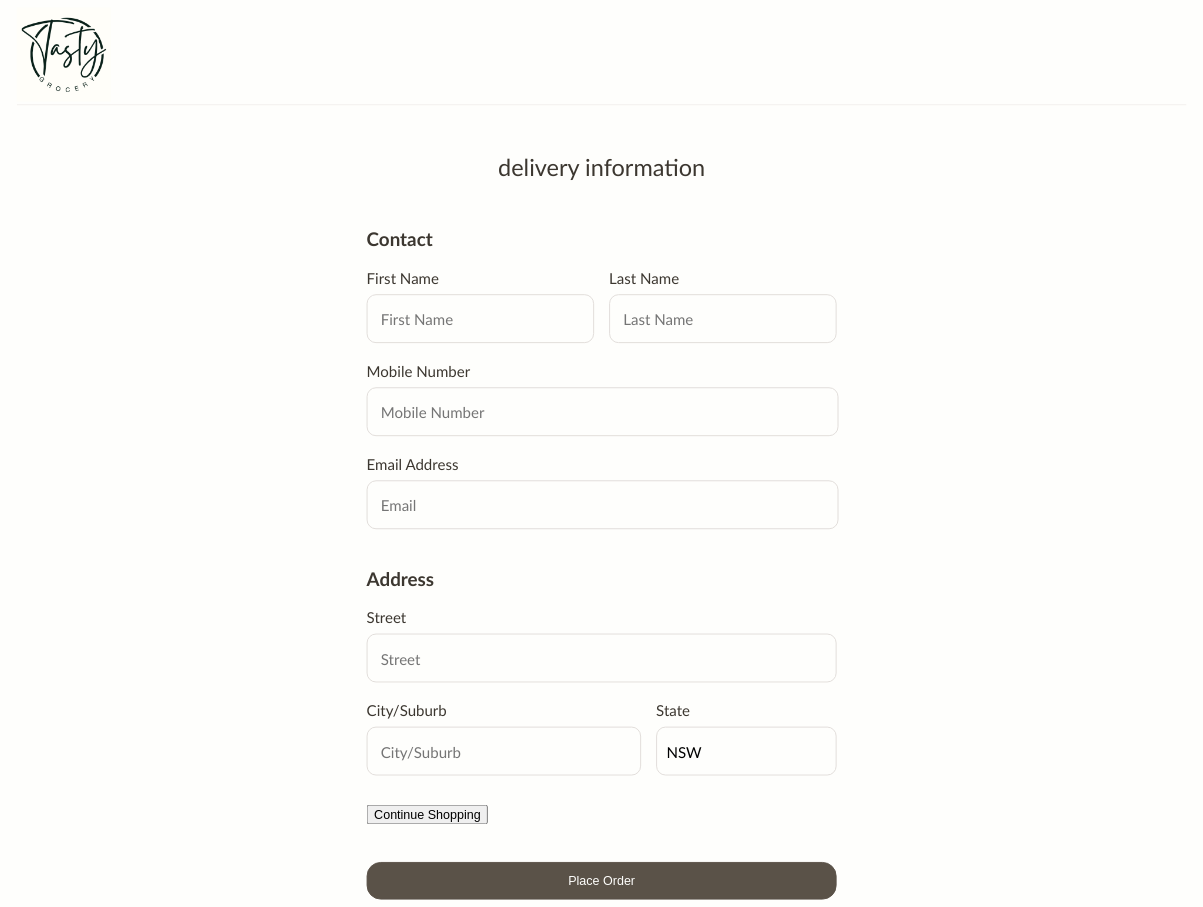
Repository: hxycindyhxy/TastyGrocery
Page: http://localhost/delivery.php
The author's editor kept a record of every edit. The page is drawn from the files as they stood at one moment, then again after the next edit.
The browser window is 1280 px wide. The pictures show the whole page, at 94% of full size.
The page is run by PHP 8.4 with error messages shown; the project is at /var/www/html/.

Above is the page before.
Console error: SyntaxError: missing ) after argument list

### delivery.php
<!DOCTYPE html>
<html lang="en">
<head>
  <meta charset="UTF-8">
  <meta name="viewport" content="width=device-width, initial-scale=1.0">
  <title>Tasty Grocery</title>
  <link rel="stylesheet" href="style.css">
</head>
<body>
  <header>
    <a href="index.php" id="logo-button">
      <img src="img/Tasty.png" alt="Logo">
    </a>
  </header>
  <div class="border-title">
    <div class="delivery-title">
      delivery information
    </div>
  </div>
  <div class="form-container">
    <div id="delivery-info-form">
      <div id="info-recipient">
        <div class="delivery-subtitle">
          Contact
        </div>
        <div class="name-input-container">
          <div id="first-name-block" class="input-vertical">
            <div class="sub-sub-title">First Name</div>
            <input type="text" placeholder="&nbsp;First Name" name="first-name" id="first-name-input">
            <div id="first-name-alert"></div>
          </div>
          <div id="last-name-block" class="input-vertical">
            <div class="sub-sub-title">Last Name</div>
            <input type="text" placeholder="&nbsp;Last Name" name="last-name" id="last-name-input">
            <div id="last-name-alert"></div>
          </div>
        </div>
        <div id="mobile-number-input-container" class="input-vertical">
          <div class="sub-sub-title">Mobile Number</div>
          <input type="text" placeholder="&nbsp;Mobile Number" name="mobile-number" id="mobile-input">
          <div id="mobile-alert"></div>
        </div>
        <div id="email-input-container" class="input-vertical">
          <div class="sub-sub-title">Email Address</div>
          <input id="email-input" type="text" placeholder="&nbsp;Email">
          <div id="email-alert"></div>
        </div>
      </div>
      <div id="info-address">
        <div class="delivery-subtitle">
          Address
        </div>
        <div id="street-container" class="input-vertical">
          <div class="sub-sub-title">Street</div>
          <input type="text" placeholder="&nbsp;Street" name="street" id="address-input">
          <div id="street-alert"></div>
        </div>
        <div class="more-address-container">
          <div id="city-block" class="input-vertical">
            <div class="sub-sub-title">City/Suburb</div>
            <input type="text" placeholder="&nbsp;City/Suburb" name="city-or-suburb" id="city-input">
            <div id="city-alert"></div>
          </div>
          <div id="state-block" class="input-vertical">
            <div class="sub-sub-title">State</div>
            <select id="state-option" name="state">
              <option>NSW</option>
              <option>VIC</option>
              <option>QLD</option>
              <option>WA</option>
              <option>SA</option>
              <option>TAS</option>
              <option>ACT</option>
              <option>NT</option>
              <option>Others</option>
            </select>
          </div>
        </div>
      </div>
      <div id="validation"></div>
      <div class="order-container">
        <button id="takeBackBtn" class="continue-shopping-btn" onclick="window.location.href='index.php'">
          Continue Shopping
        </button>
        <button id="place-order-btn">
          Place Order
        </button>
      </div>
    </div>
  </div>

  <script src="delivery.js"></script>
</body>
</html>

### style.css

/* body */
body {
  background-color: #fefefc;
  padding-left: 10px;
  padding-right: 10px;s
  display: flex;
  justify-content: center;
  flex-direction: column;
  font-family:'Trebuchet MS', 'Lucida Sans Unicode', 'Lucida Grande', 'Lucida Sans', Arial, sans-serif;
  color: rgb(60, 55, 48);
}

/* header */
header {
  display: flex;
  flex-direction: row;
  align-items: center;
  justify-content: space-between;
}

/* logo button */
#logo-button {
  border:none;
  padding: none;
  background: none;
  cursor: pointer;
}

#logo-button img {
  height: 10vh;
  min-height: 100px;
}

/* shopping cart */
#cart-btn {
  border:none;
  padding: none;
  background: none;
  cursor: pointer;
}

#cart-btn img{
  height: 3vh;
  min-height: 30px;
}

/* search box */
#search-box {
  background-color: rgb(242, 239, 236);
  width: 40vw;
  height: 35px;
  border-radius: 15px;
}

#search-box form {
  width: 40vw;
  display: flex;
  flex-direction: row;
  align-items: center;
  justify-content: space-around;
}

#search-box input {
  all: unset;
  border:none;
  background-color: rgb(242, 239, 236);
  height: 25px;
  width: 30vw;
  padding-top: 4px;
  padding-left: 5px;
  border-radius: 15px;
}

#search-box button {
  border:none;
  padding: none;
  background: none;
  cursor: pointer;
}

#search-box button img {
  padding-top: 6px;
  height: 20px;
}

/* navigation bar */
#nav-bar {
  border-width: 1px 0 0 0;
  border-color: rgb(242, 239, 236);
  border-style: solid;
  justify-content:center;
  display: flex;
  flex-direction: row;
}

.catogory {
  margin: 10px 40px 10px 40px;
  font-size: 16px;
}

.catogory a {
  all: unset;
  border:none;
  padding: none;
  background: none;
  cursor: pointer;
}

.catogory a:hover {
  color: rgb(81, 135, 81);
  text-decoration: underline;
}

.sub-cat {
  color: rgb(81, 135, 81);
  position: absolute;
  display: none;
  flex-direction: column;

  padding-top: 16px;
  width: 150px;
}

.sub-cat a {
  padding-right: 20px;
  padding-bottom: 10px;
}

.catogory:hover .sub-cat {
  display: flex;
}

/* display item */
#grid-container {
  display: grid;
  grid-template-columns: 1fr 1fr 1fr 1fr; /* 4 equal columns */
  gap: 10px; /* Space between grid items */
  padding: 10px;
  margin: 80px 100px 0 100px;

  max-width: 1200px;
  margin-left: auto;
  margin-right: auto;
}

.grid-item {
  text-align: center;
  margin: 0 1vw 60px 1vw;
}

.image-container {
  background:rgb(242, 239, 236);
  padding: 8%;
  align-items: center;
  justify-content: center;
}

.image-container:hover {
  background-color: rgb(230, 208, 187);
}

.grid-item img {
  max-width: 80%;
  object-fit: contain;
}

.item-details {
  display: flex;
  flex-direction: column;
  justify-content: left;
  text-align:left;
  margin: 10px 0 0 0;
}

.item-name {
  font-size: 18px;
  margin-bottom: 15px;
}

.item-price {
  font-size: 15px;
  margin-bottom: 2px;
  color: rgb(113, 107, 100);
}

.item-unit {
  font-size: 15px;
  margin-bottom: 2px;
  color: rgb(113, 107, 100);
}

.item-stock-status {
  font-size: 15px;
  color: rgb(113, 107, 100);
}

.add-button {
  margin-top: 18px;
  width: 100%;
  height: 30px;

  border:none;
  border-style: solid;
  border-radius: 15px;
  border-width: 1px;
  border-color: rgb(60, 55, 48);
  padding: none;
  background: none;
}

.add-button:hover {
  cursor: pointer;
  border:none;
  color:#fefefc;
  background-color: rgb(60, 55, 48);
}

.add-button:active {
  background-color: rgb(81, 135, 81);
}

.add-button-disabled {
  margin-top: 18px;
  width: 100%;
  height: 30px;

  border:none;
  border-style: solid;
  border-radius: 15px;
  border-width: 1px;
  border-color: rgb(211, 211, 211);
  padding: none;
  background: none;
}

.add-button:disabled {
  color: #666;
  pointer-events: none;
  opacity: 0.5;
}

/* shopping cart */
#cart-page {
  width: 100vw;
  height: 100vh;
  display: none;
  flex-direction: row;

  position: fixed;
  top: 50%;
  left: 50%;
  transform: translate(-50%, -50%);
}

.cart-page-left {
  flex:2;
  background-color: black;
  opacity: 0.4;
}

.cart-page-right {
  flex:1;
  min-width: 450px;
  background-color: #fefefc;
  display: flex;
  flex-direction: column;
}

.cart-top {
  display: flex;
  flex-direction: row;
  justify-content: space-between;
  margin: 40px 30px 0px 30px;
  flex: 1;
  align-items: center;
}

.cart-title {
  font-size: 20px;
}

#cart-close-btn {
  all: unset;
  cursor: pointer;
}

#cart-close-btn:hover {
  color: rgb(81, 135, 81);
  cursor: pointer;
}

.cart-bottom {
  flex: 1;
  margin: 30px;
  display: flex;
  justify-content: center;
}

#check-out-btn {
  width: 30vw;
  height: 40px;

  border:none;
  border-style: solid;
  border-radius: 15px;
  border-width: 1px;
  border-color: rgb(90, 82, 72);
  padding: none;
  color:#fefefc;
  background-color: rgb(90, 82, 72);
}

#check-out-btn:hover {
  cursor: pointer;
  border:none;
  color:#fefefc;
  background-color: rgb(60, 55, 48);
}

#check-out-btn:disabled {
  background-color: #ccc;
  color: #666;
  pointer-events: none;
  opacity: 0.6;
}

.cart-content {
  flex: 10;
  margin: 30px 30px 0 30px;
}

.cart-item {
  display: grid;
  grid-template-columns: 1fr 1fr 1fr 1fr 1fr;
  gap: 3px;
  padding: 5px;

  border-style: solid;
  border-width: 0 0 1px 0;
  border-color: rgb(242, 239, 236);
}

.cart-item-image img{
  width: 100%;
  margin-right: 5px;
}

.cart-item-name {
  text-align: right;
  color: rgb(113, 107, 100);
}

.cart-item-unit-price {
  text-align: right;
  margin-right: 10px;
}

.cart-item-quantity {
  text-align: right;
}

.cart-item-remove {
  text-align: right;
}

.cart-item-remove button {
  all: unset;
}

.cart-item-remove button:hover {
  background-color: rgb(242, 239, 236);
  cursor: pointer;
}

.cart-total-price-container {
  flex: 0.5;
  text-align: right;
  margin: 30px;
  display: flex;
  flex-direction: row;
  justify-content: right;
  font-size: 18px;
}

.cart-item-quantity button {
  all: unset;
  cursor: pointer;
}

.remove-all-container {
  display: flex;
  justify-content: center;
  margin: 30px;
}

.remove-one-btn img {
  width: 20px;
}

#remove-all-btn {
  width: 100px;
  height: 30px;

  border:none;
  border-style: solid;
  border-radius: 15px;
  border-width: 1px;
  border-color: rgb(90, 82, 72);
  padding: none;
  color: rgb(90, 82, 72);
  background: none;
}

#remove-all-btn:hover {
  cursor: pointer;
  border:none;
  color:#fefefc;
  background-color: rgb(90, 82, 72);
}

.cart-item-quantity .minus-btn, .cart-item-quantity .plus-btn {
  border-style: solid;
  border-width: 1px;
  border-color: rgb(90, 82, 72);
}

.minus-btn:disabled, .plus-btn:disabled {
  background-color: #ccc;
  color: #666;
  pointer-events: none;
  opacity: 0.6;
}

.cart-item-quantity .minus-btn:hover {
  cursor: pointer;
  color:#fefefc;
  background-color: rgb(90, 82, 72);
}

.cart-item-quantity .plus-btn:hover {
  cursor: pointer;
  color:#fefefc;
  background-color: rgb(90, 82, 72);
}

/* delivery page*/
.border-title {
  border-width: 1px 0 0 0;
  border-color: rgb(242, 239, 236);
  border-style: solid;

  display: flex;
  flex-direction: row;
  justify-content: center;
}

.delivery-title {
  margin: 50px;
  font-size: 25px;
}

.form-container {
  display: flex;
  justify-content: center;
}

#delivery-info-form {
  width: 500px;
}

#delivery-info-form input {
  all: unset;
  border: solid;
  border-width: 1.5px;
  border-color: rgb(224, 220, 217);
  border-radius: 10px;
  height: 50px;
  padding-left: 10px;
}

#delivery-info-form input:focus {
  border-color: rgb(90, 82, 72);
}

#state-option {
  all: unset;
  border: solid;
  border-width: 1.5px;
  border-color: rgb(224, 220, 217);
  border-radius: 10px;
  height: 50px;
  padding-left: 10px;

  align-items: center;
  color: black;
}

#state-option:focus {
  border-color: rgb(90, 82, 72);
}

.delivery-subtitle {
  font-size: 20px;
  margin-bottom: 20px;
  font-weight: bold;
}

.name-input-container, .more-address-container {
  display: flex;
  flex-direction: row;
  justify-content: space-between;
  margin-top: 20px;
}

.input-vertical {
  display: flex;
  flex-direction: column;
}

.sub-sub-title {
  margin-bottom: 8px;
}

#first-name-block input {
  width: 230px;
}

#last-name-block input {
  width: 230px;
}

#mobile-number-input-container, #email-input-container {
  margin-top: 20px;
}

#mobile-number-input-container input {
  width: 490px;
}

#email-input-container input {
  width: 490px;
}

#info-address {
  margin-top: 40px;
}

#city-block input {
  width: 280px;
}

#state-option {
  width: 180px;
}

#place-order-btn {
  width: 500px;
  height: 40px;
  margin-top: 40px;

  border:none;
  border-style: solid;
  border-radius: 15px;
  border-width: 1px;
  border-color: rgb(90, 82, 72);
  padding: none;
  color:#fefefc;
  background-color: rgb(90, 82, 72);
}

#place-order-btn:hover {
  cursor: pointer;
  border:none;
  color:#fefefc;
  background-color: rgb(60, 55, 48);
}

#place-order-btn:disabled {
  background-color: #ccc;
  color: #666;
  pointer-events: none;
  opacity: 0.6;
}

.alert-msg {
  font-size: 15px;
  color: red;
  margin-top: 3px;
}

#validation {
  justify-content: center;
  text-align: center;
  margin-top: 30px;
  color: red;
}

/* confirmation page */
.confirmation-img-container {
  display: flex;
  justify-content: center;
}

.confirmation-img-container img {
  margin-top: 10px;
  width: 70px;
  opacity: 0.6;
}

.confirm-msg {
  margin-top: 60px;
  font-size: 20px;
  text-align: center;
}

.continue-shopping {
  display: flex;
  justify-content: center;
}

#continue-shopping-btn {
  margin-top: 80px;
  width: 150px;
  height: 35px;

  border:none;
  border-style: solid;
  border-radius: 15px;
  border-width: 1px;
  border-color: rgb(60, 55, 48);
  padding: none;
  background: none;
}

#continue-shopping-btn:hover {
  cursor: pointer;
  border:none;
  color:#fefefc;
  background-color: rgb(60, 55, 48);
}

#confirm-email {
  color: rgb(81, 135, 81);
}

### delivery.js
//Get All the Input Box
const emailInput = document.getElementById('email-input');
const firstNameInput = document.getElementById('first-name-input');
const lastNameInput = document.getElementById('last-name-input');
const mobileInput = document.getElementById('mobile-input');
const streetInput = document.getElementById('address-input');
const cityInput = document.getElementById('city-input');

const placeOrderBtn = document.getElementById('place-order-btn');
placeOrderBtn.disabled = true;

const takeBackBtn = document.getElementById('takeBackBtn');

let emailPass = false;
let firstNamePass = false;
let lastNamePass = false;
let mobilePass = false;
let streetPass = false;
let cityPass = false;

//Place Order Button
function changeOrderBtnStatus() {
  if ((emailPass === true) && (firstNamePass === true) && (lastNamePass === true) && (mobilePass === true) && (streetPass === true) && (cityPass === true)) {
    placeOrderBtn.disabled = false;
  } else {
    placeOrderBtn.disabled = true;
  }
}

placeOrderBtn.addEventListener('click', async () => {
  const msg = await checkStockValidation();
  console.log(msg)

  if (msg === false) {
    placeOrderBtn.style.display = "none";
    takeBackBtn.style.display = "block";
  } else {
    window.location.href = "confirmation.html";
    localStorage.removeItem('cart');
  }
});

//Update Database After Confirmation of Order
function updateDatabase() {
  const cart = JSON.parse(localStorage.getItem('cart');

  try {
    const response = await fetch('updateDatabase.php', {
      method: 'POST',
      headers: { 'Content-Type': 'application/json' },
      body: JSON.stringify({ cart })
    });
}


//Validate the Number of Stock
async function checkStockValidation() {
  try {
    const response = await fetch('validation.php');
    const data = await response.json();
    const msg = await matchItemToStock(data);
    return msg;
  } catch (error) {
    console.error('Error:', error);
  }
};

function matchItemToStock(data) {
  let validateMsgList = ""

  let cart = localStorage.getItem('cart')
  cart = JSON.parse(cart);

  for (const cartItem of cart) {
    for (let key in cartItem) {
      let productName = key;
      let quantityInCart = cartItem[key];

      const productStockData = data.find(item => item.Name === productName);
      if (quantityInCart > productStockData.StockNumber) {
        validateMsgList += `${productName} `;
      };
    }
  };
  if (validateMsgList !== "") {
    postInvalidMsg(validateMsgList);
    return false;
  } else {
    return true;
  }
}

function postInvalidMsg(validateMsgList) {
  const invalidMsgContainer = document.getElementById("validation")

  invalidMsgContainer.innerHTML = ''

  const invalidHTML = `
  <div>The following products are out of stock:</div>
  <div>${validateMsgList}</div>
  `;

  invalidMsgContainer.insertAdjacentHTML('beforeend', invalidHTML);
}


//Validate First Name
firstNameInput.addEventListener('focus', ()=> {
  const firstNameAlert = document.getElementById("first-name-alert")
  firstNameAlert.innerHTML = "";
  firstNameInput.style.borderColor = 'rgb(224, 220, 217)';
})

firstNameInput.addEventListener('blur', ()=> {
  if (firstNameInput.value === '') {
    const firstNameAlert = document.getElementById("first-name-alert")
    const alertHTML = `<div class="alert-msg">&nbsp;Enter a first name</div>`
    firstNameAlert.insertAdjacentHTML('beforeend', alertHTML);
    firstNameInput.style.borderColor = 'red';
    firstNamePass = false;
  } else {
    firstNamePass = true;
  }
  changeOrderBtnStatus()
})

//Validate Last Name
lastNameInput.addEventListener('focus', ()=> {
  const lastNameAlert = document.getElementById("last-name-alert")
  lastNameAlert.innerHTML = "";
  lastNameInput.style.borderColor = 'rgb(224, 220, 217)';
})

lastNameInput.addEventListener('blur', ()=> {
  if (lastNameInput.value === '') {
    const lastNameAlert = document.getElementById("last-name-alert")
    const alertHTML = `<div class="alert-msg">&nbsp;Enter a last name</div>`
    lastNameAlert.insertAdjacentHTML('beforeend', alertHTML);
    lastNameInput.style.borderColor = 'red';
    lastNamePass = false;
  } else {
    lastNamePass = true;
  }
  changeOrderBtnStatus()
})

//Validate Mobile Number
mobileInput.addEventListener('focus', ()=> {
  const mobileAlert = document.getElementById("mobile-alert")
  mobileAlert.innerHTML = "";
  mobileInput.style.borderColor = 'rgb(224, 220, 217)';
})

mobileInput.addEventListener('blur', () => {

  if ((mobileInput.value === '') || (mobileInput.value.length<9) || (isNaN(parseInt(mobileInput.value)) === true)) {
    const mobileAlert = document.getElementById("mobile-alert")
    const alertHTML = `<div class="alert-msg">&nbsp;Enter a valid mobile number</div>`
    mobileAlert.insertAdjacentHTML('beforeend', alertHTML);
    mobileInput.style.borderColor = 'red';
    mobilePass = false;
  } else {
    mobilePass = true;
  }
   changeOrderBtnStatus()
})


//Validate Email
let emailAddress = ""

function checkEmailPattern(email) {
  const emailRegex = /^[a-zA-Z0-9._%+-]+@[a-zA-Z0-9.-]+\.[a-zA-Z]{2,}$/;
  return emailRegex.test(email);
}

emailInput.addEventListener('focus', ()=> {
  const emailAlert = document.getElementById("email-alert")
  emailAlert.innerHTML = "";
  emailInput.style.borderColor = 'rgb(224, 220, 217)';
})

emailInput.addEventListener('blur', () => {
  if ((emailInput.value === '') || (checkEmailPattern(emailInput.value) === false)) {
    const emailAlert = document.getElementById("email-alert")
    const alertHTML = `<div class="alert-msg">&nbsp;Enter a valid email</div>`
    emailAlert.insertAdjacentHTML('beforeend', alertHTML);
    emailInput.style.borderColor = 'red';
    emailPass = false;
  } else {
    emailPass = true;
    emailAddress = emailInput.value
    localStorage.setItem('email', emailAddress)
  }
   changeOrderBtnStatus()
})


//Validate Street
streetInput.addEventListener('focus', ()=> {
  const streetAlert = document.getElementById("street-alert")
  streetAlert.innerHTML = "";
  streetInput.style.borderColor = 'rgb(224, 220, 217)';
})

streetInput.addEventListener('blur', ()=> {
  if (streetInput.value === '') {
    const streetAlert = document.getElementById("street-alert")
    const alertHTML = `<div class="alert-msg">&nbsp;Enter an address</div>`
    streetAlert.insertAdjacentHTML('beforeend', alertHTML);
    streetInput.style.borderColor = 'red';
    streetPass = false;
  } else {
    streetPass = true;
  }
  changeOrderBtnStatus()
})

//Validate City
cityInput.addEventListener('focus', ()=> {
  const cityAlert = document.getElementById("city-alert")
  cityAlert.innerHTML = "";
  cityInput.style.borderColor = 'rgb(224, 220, 217)';
})

cityInput.addEventListener('blur', ()=> {
  if (cityInput.value === '') {
    const cityAlert = document.getElementById("city-alert")
    const alertHTML = `<div class="alert-msg">&nbsp;Enter a city/suburb</div>`
    cityAlert.insertAdjacentHTML('beforeend', alertHTML);
    cityInput.style.borderColor = 'red';
    cityPass = false;
  } else {
    cityPass = true;
  }
  changeOrderBtnStatus()
})

After the next edit:
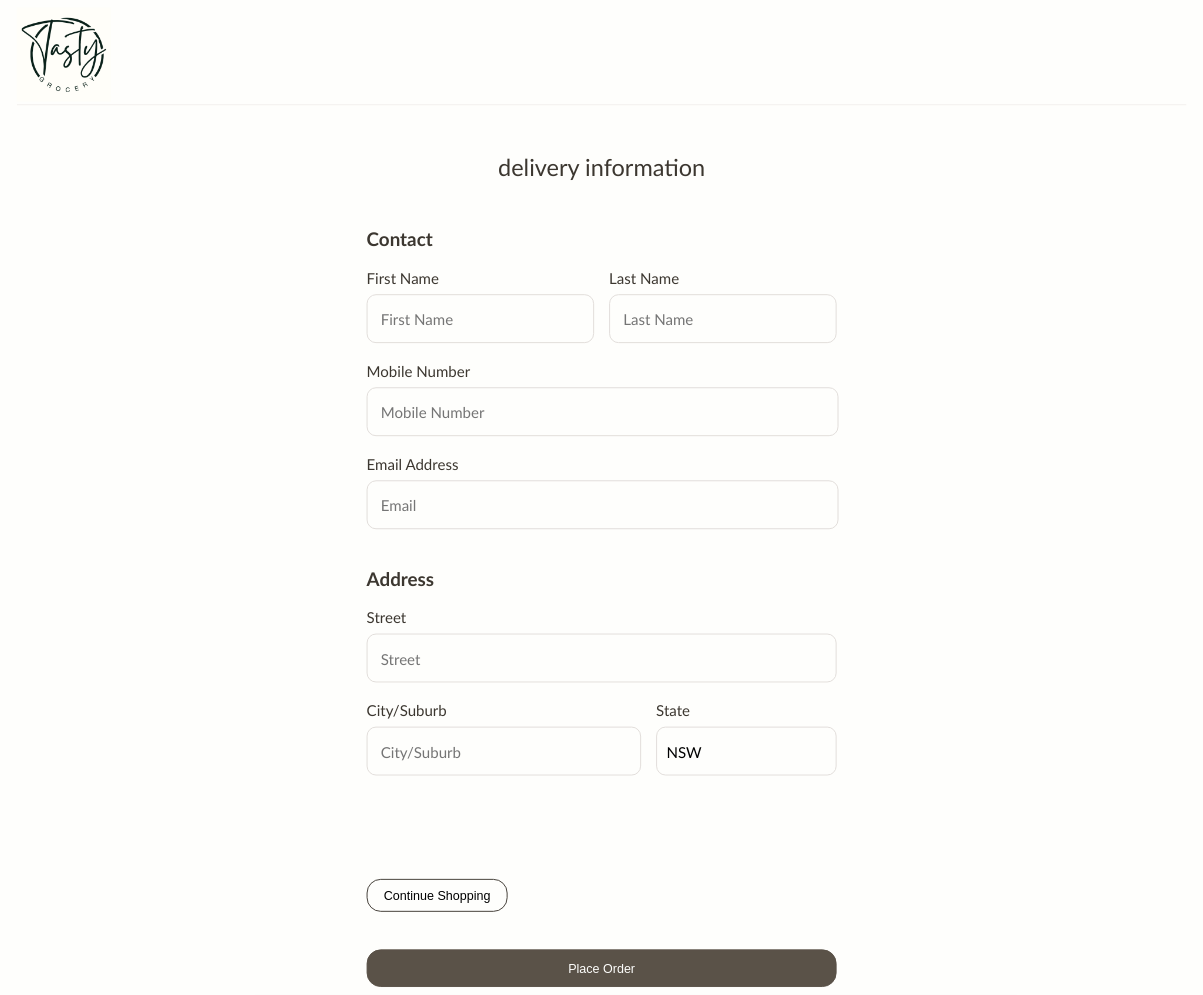
The edit:
--- a/style.css
+++ b/style.css
@@ -619,7 +619,7 @@
   justify-content: center;
 }
 
-#continue-shopping-btn {
+.continue-shopping-btn {
   margin-top: 80px;
   width: 150px;
   height: 35px;
